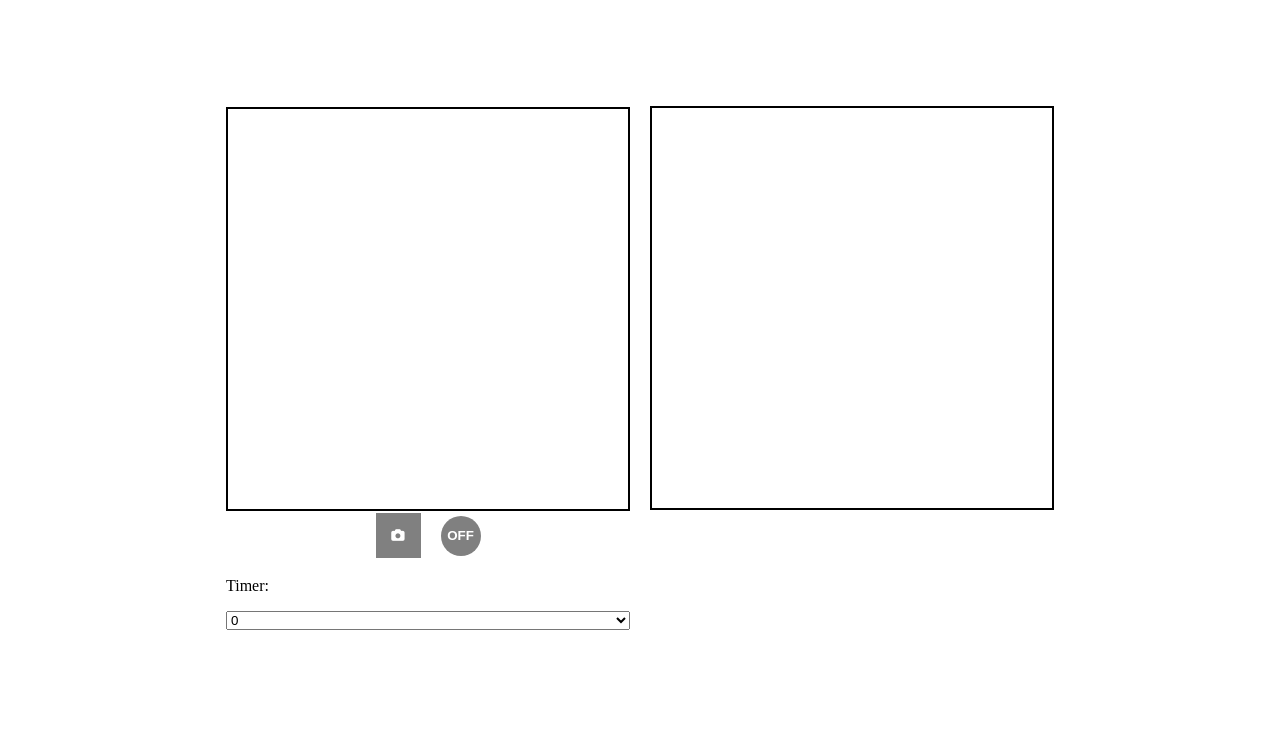
Repository: dmpelaez/photoBoothy
Page: Photobooth.html
An editor plug-in stored every save of this project. The page is shown before and after the next save, followed by the edit.
The browser window is 1280 px wide. The pictures show the whole page.
Some web libraries are served in a nearby version.

Above is the page before, as saved 2025-12-16 23:19:06.

### Photobooth.html
<!DOCTYPE html>

  <html>

    <head>

      <title>Photobooth</title>
      <!--CSS link-->
      <link rel="stylesheet" href="https://cdnjs.cloudflare.com/ajax/libs/font-awesome/7.0.1/css/all.min.css">
      <link rel="stylesheet" href="Photobooth.css">
    </head>
    <body>
      <div class="container">

        <div class="timer"></div>

        <video autoplay id="video">

        </video>
        <div class="container2">
          <button id="photo-btn" ><i class="fa-solid fa-camera"></i></button>
          <button id="btn-toggle">OFF</button>

        </div>
        <p class="timerchoose">Timer:</p>
        <select class="select" value="">
          <option value="0">0</option>
          <option  value="3">3 seconds</option>
          <option  value="5">5 seconds</option>
          <option value="7">7 seconds</option>
          <option  value="10">10 seconds</option>
        </select>

      </div>

      <canvas id="canvas-image"></canvas>
      <script src="Photobooth.js"></script>
    </body>

  </html>

### Photobooth.css
body {
  display: Flex;
  align-items: center;
  justify-content: center;
  HEIGHT: 100VH;
  flex-direction: row;
  gap: 20px;
}

.container {
  display: grid;
  grid-template-columns: 1fr ;
   grid-template-rows: 1fr 50px 50px;
}
.container2 {
  display: flex;
  justify-content: center;
  align-items: center;
  gap: 20px;
}
#video,
#canvas-image {
  border: 2px solid black;
  height: 400px;
  width: 400px;
}
#canvas-image {
  margin-bottom: 120px;
}
#video {
  display: grid;
}
#btn-toggle {

  background: gray;
  border: none;
  border-radius: 50%;
  height: 40px;
  width: 40px;
  color: white;
  font-weight: bold;
  font-family: arial;
  cursor: pointer;
}
#photo-btn {


  height: 45px;
  width: 45px;
  border: none;
  background: gray;
  cursor: pointer;
}
#photo-btn i {
  color: white;
}
.timer {
display: none;

}

.timerPhoto {
  background: black;
  height: 50px;
  width: 50px;
  color: white;
  display: flex;
  align-items: center;
  justify-content: center;
   position: absolute;
  left: 35%;
  bottom: 69.5%;
}

### Photobooth.js
//To make the video appear in html
//I use <video></video> html element
const video = document.getElementById('video');
//canvas element is where the photos will appear
const canvas = document.getElementById('canvas-image');
const btn = document.getElementById('photo-btn');
//I set the canvas into 2d to get the copy
//of the photo taken
const context = canvas.getContext('2d');


//I use navigator.mediDevices.getUsermedia
//to get access on the camera by allowing the
//video and use it to assigned as value of
//video element

///-----------------------------------------------------------------///
//Default value false
let isVideo = false;


//This is a btn for on and off to the camera
document.getElementById('btn-toggle')
.addEventListener('click', () => {

  //Condition where it looks for the opposite
  //value of isVideo by using NOT operator
  //which will result to having a value of TRUE
  if (!isVideo) {
  //once it becomes true
  //navigator.mediaDevices.getUserMedia will activate
  //and the access to video will open
  navigator.mediaDevices.getUserMedia({video: true})
  .then((stream) => {
  //access to camera
  video.srcObject = stream;
  //btn ON
   document.getElementById('btn-toggle').innerHTML = 'ON';
   //Value was change to true
   //so once the btn is click again
   //the else if is the one that will be open
     isVideo = true;

  });
} else if (isVideo) {
  //access to camera again
 navigator.mediaDevices.getUserMedia({video: true})
  .then((stream) => {
    //To stop the camera access
    stream.getTracks().forEach(track => track.stop());
    //To stop the webcam light we need to track all
    //the access video.srcObject have
    for (const track of video.srcObject.getTracks()) {
      track.stop();
    }
    //no value
    stream = null;
    //no value
   video.srcObject = null;
   //Display btn as OFF
   document.getElementById('btn-toggle').innerHTML = 'OFF';
   //Value is changed to false
   isVideo = false;

  })

}
console.log(isVideo);
});

///------------------------------------------------------------///
//capturePhoto is a function where
// the canvas width and height have the
// values of videos'
//and context.drawImage capture everything
//and replicate the videos into photo
//and before that we change its value
//to the canvas.getContext('2d')
function capturePhoto() {
  //the value canvas width and height
  // is the same as the video width and height;
  canvas.width = video.videoWidth;
  canvas.height = video.videoHeight;

  //
  context.drawImage(video, 0, 0, canvas.width, canvas.height);
}

///------------------------------------------------------------------------///
//btn for camera to capture
btn.addEventListener('click', () => {
//Finally after minutes of thinking how
//to activate the timer if the camera is open

//This will only activate if the isVideo value
// is true but its default value stop it from triggering
//the settimer() because it didn't meet the condition
if (isVideo === true) {
settimer();

}
})

document.body.addEventListener('keydown', (event) => {
  if (event.code === 'Space') {
    if (isVideo === true) {
      settimer();
  }
 }
})

///-----------------------------------------------------------------////








//Timer default setTime
let timer = 0;
//Time interval default value;
let timeInterval = null;
//Get the class selector of select element
const setTime = document.querySelector('.select');
//Use it to get the value from options
//using the eventlistener
//and reassinged the value of timer
//based on the selected value
setTime.addEventListener('change', () => {
  timer = Number(setTime.value);
})

//This is timer function
// where after five seconds
//it will capture a picture
function settimer() {
  //ClearInterval to clear the previous time
  clearInterval(timeInterval);

 //variable timeChange is assign to the value of timer
 let timeChange = timer;
  const timer2 =  document.querySelector('.timer');
  //Use if condition to trigger the funtions inside
  if (timeChange > 0) {
    console.log(timeChange);

    //timeInterval value is reassigned to setInterval
    timeInterval = setInterval(() => {
      //where the class for display of timer is added
      timer2.classList.add("timerPhoto");
      //and display it to see
       document.querySelector('.timer').innerHTML = timeChange;
       //Use if statement
       //where if the timer is equal to 0
       //it will clear the timeInterval which is this
       //part of the function to reset the timer
       //and remove the display
       //and also capture the image
       if (timeChange === 0) {
        clearInterval(timeInterval);
        capturePhoto();

        timer2.classList.remove("timerPhoto");
       }
       //Time is dropping only until it
       //reaches 0 because the if statement condition
       // remove all this part after reaching the time 0

       timeChange --;

    }, 1000);


  } else  {
    //Optional but to make sure
    //the photo is captured
    capturePhoto();

  }
}

After the next save:
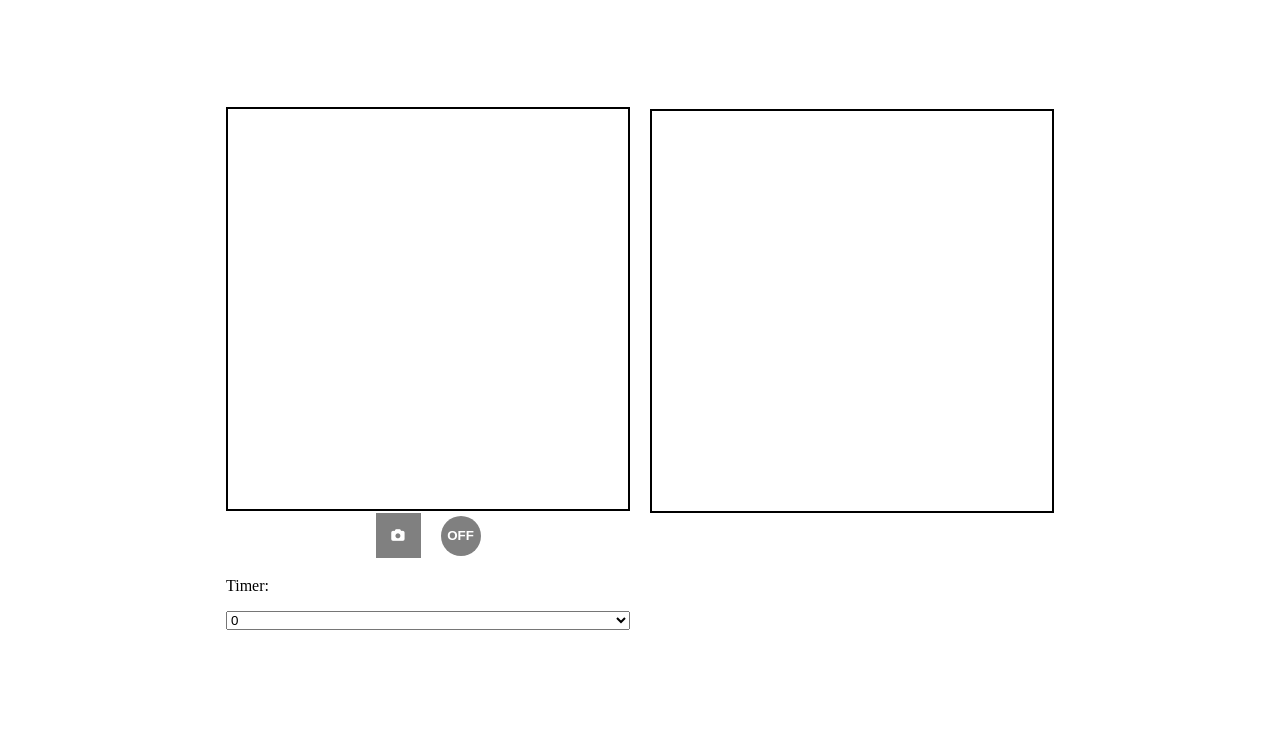
Saved 4 s later.
--- a/Photobooth.css
+++ b/Photobooth.css
@@ -25,7 +25,7 @@ body {
   width: 400px;
 }
 #canvas-image {
-  margin-bottom: 120px;
+  margin-bottom: 115px;
 }
 #video {
   display: grid;
